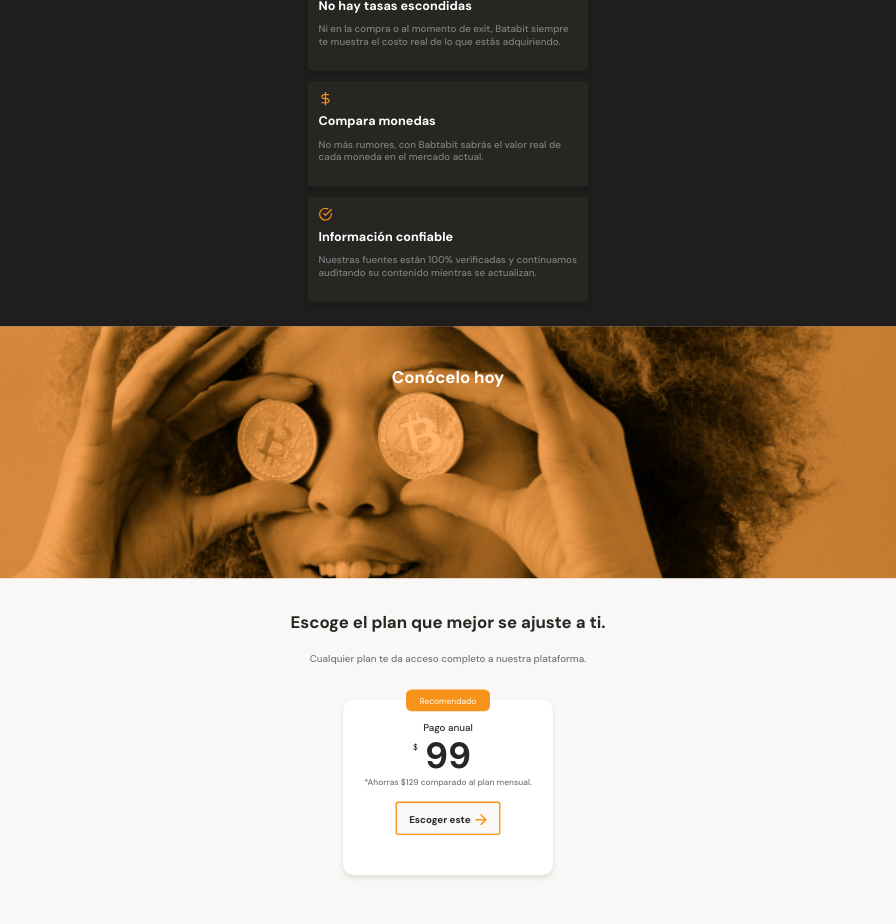
Repository: ChristianGecchelin/spa-full-css-html
Page: index.html
An editor plug-in stored every save of this project. The page is shown before and after the next save, followed by the edit.
The browser window is 1280 px wide. The pictures show the part of the page from y = 1860 to 3780 px (the page is 3180 px tall before and 3780 px after), at 70% of full size.

Above is the page before, as saved 2021-11-29 22:15:10.

After the next save:
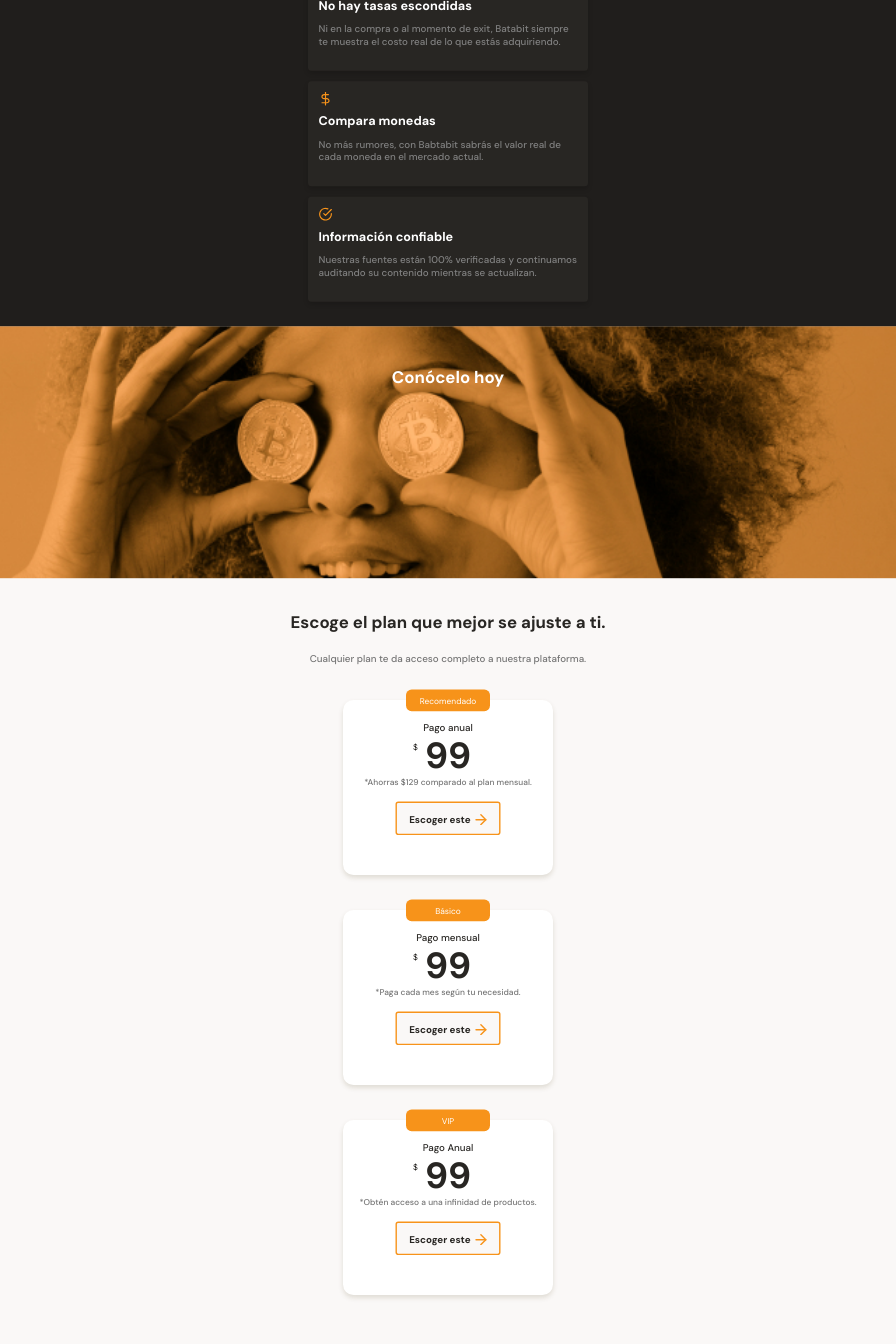
Saved 7 min 11 s later.
--- a/index.html
+++ b/index.html
@@ -164,6 +164,28 @@
               <button class="plan-card--ca">Escoger este <span></span></button>
             </div>
           </article>
+          <article class="plans-container--card">
+            <p class="recomendado">Básico</p>
+            <div class="plan-info-container">
+              <h3 class="plan-card--title">Pago mensual</h3>
+              <p class="plan-card--price"><span>$</span> 99</p>
+              <p class="plan-card--saving">
+                *Paga cada mes según tu necesidad.
+              </p>
+              <button class="plan-card--ca">Escoger este <span></span></button>
+            </div>
+          </article>
+          <article class="plans-container--card">
+            <p class="recomendado">VIP</p>
+            <div class="plan-info-container">
+              <h3 class="plan-card--title">Pago Anual</h3>
+              <p class="plan-card--price"><span>$</span> 99</p>
+              <p class="plan-card--saving">
+                *Obtén acceso a una infinidad de productos.
+              </p>
+              <button class="plan-card--ca">Escoger este <span></span></button>
+            </div>
+          </article>
         </section>
       </section>
     </main>
